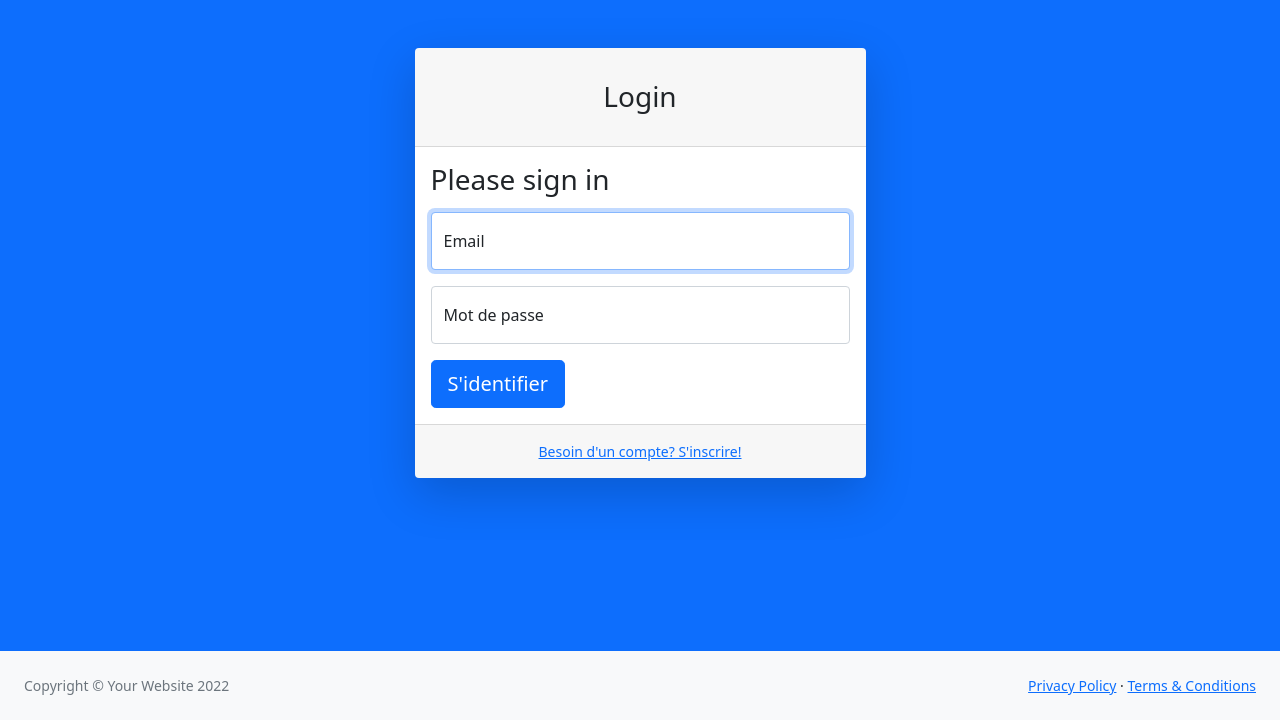
Repository: freddy1212/adulams
Page: templates/login.html.twig
These files come from the project's save history. The page is drawn as it stood at one moment and after the next save; the edit follows.
The browser window is 1280 px wide. The pictures show the whole page.
Some web libraries are served in a nearby version. The page is a Twig template of a Symfony application; nobody is signed in and links lead nowhere. The template is opened directly, without the code that normally fills it, so the values that code supplies are empty.

Above is the page before, as saved 2022-08-29 18:06:31.

### templates/login.html.twig
<!DOCTYPE html>
<html lang="en">
    <head>
        <meta charset="utf-8" />
        <meta http-equiv="X-UA-Compatible" content="IE=edge" />
        <meta name="viewport" content="width=device-width, initial-scale=1, shrink-to-fit=no" />
        <meta name="description" content="" />
        <meta name="author" content="" />
        <title>Login - SB Admin</title>
        <link href="{{asset('assets/css/styles.css')}}" rel="stylesheet" />
        <script src="https://use.fontawesome.com/releases/v6.1.0/js/all.js" crossorigin="anonymous"></script>
    </head>
    <body class="bg-primary">
        <div id="layoutAuthentication">
            <div id="layoutAuthentication_content">
                <main>
                    <div class="container">
                        <div class="row justify-content-center">
                            <div class="col-lg-5">
                                <div class="card shadow-lg border-0 rounded-lg mt-5">
                                    <div class="card-header"><h3 class="text-center font-weight-light my-4">Login</h3></div>
                                    <div class="card-body">
                                        {% block body %}
                                            <form method="post">
                                                {% if error %}
                                                    <div class="alert alert-danger">{{ error.messageKey|trans(error.messageData, 'security') }}</div>
                                                {% endif %}

                                                {% if app.user %}
                                                    <div class="mb-3">
                                                        You are logged in as {{ app.user.userIdentifier }}, <a href="{{ path('app_logout') }}">Logout</a>
                                                    </div>
                                                {% endif %}

                                                <h1 class="h3 mb-3 font-weight-normal">
                                                    {% block pageTitle %}
                                                        Please sign in
                                                    {% endblock %}
                                                </h1>
                                                <div class="form-floating mb-3">
                                                    <label for="inputEmail">Email</label>
                                                    <input type="email" value="{{ last_username }}" name="email" id="inputEmail" class="form-control" autocomplete="email" required autofocus>
                                                </div>
                                                <div class="form-floating mb-3">
                                                    <label for="inputPassword">Mot de passe</label>
                                                    <input type="password" name="password" id="inputPassword" class="form-control" autocomplete="current-password" required>
                                                </div>


                                                <input type="hidden" name="_csrf_token"
                                                       value="{{ csrf_token('authenticate') }}"
                                                >

                                                {#
                                                    Uncomment this section and add a remember_me option below your firewall to activate remember me functionality.
                                                    See https://symfony.com/doc/current/security/remember_me.html

                                                    <div class="checkbox mb-3">
                                                        <label>
                                                            <input type="checkbox" name="_remember_me"> Remember me
                                                        </label>
                                                    </div>
                                                #}

                                                <button class="btn btn-lg btn-primary" type="submit">
                                                    S'identifier
                                                </button>
                                            </form>
                                        {% endblock %}
                                    </div>
                                    <div class="card-footer text-center py-3">
                                        <div class="small"><a href="#">Besoin d'un compte? S'inscrire!</a></div>
                                    </div>
                                </div>
                            </div>
                        </div>
                    </div>
                </main>
            </div>
            <div id="layoutAuthentication_footer">
                <footer class="py-4 bg-light mt-auto">
                    <div class="container-fluid px-4">
                        <div class="d-flex align-items-center justify-content-between small">
                            <div class="text-muted">Copyright &copy; Your Website 2022</div>
                            <div>
                                <a href="#">Privacy Policy</a>
                                &middot;
                                <a href="#">Terms &amp; Conditions</a>
                            </div>
                        </div>
                    </div>
                </footer>
            </div>
        </div>
        <script src="https://cdn.jsdelivr.net/npm/bootstrap@5.1.3/dist/js/bootstrap.bundle.min.js" crossorigin="anonymous"></script>
        <script src="{{asset('assets/js/scripts.js')}}"></script>
    </body>
</html>

### public/assets/js/scripts.js
/*!
    * Start Bootstrap - SB Admin v7.0.5 (https://startbootstrap.com/template/sb-admin)
    * Copyright 2013-2022 Start Bootstrap
    * Licensed under MIT (https://github.com/StartBootstrap/startbootstrap-sb-admin/blob/master/LICENSE)
    */
    //
// Scripts
//

window.addEventListener('DOMContentLoaded', event => {

    // Toggle the side navigation
    const sidebarToggle = document.body.querySelector('#sidebarToggle');
    if (sidebarToggle) {
        // Uncomment Below to persist sidebar toggle between refreshes
        // if (localStorage.getItem('sb|sidebar-toggle') === 'true') {
        //     document.body.classList.toggle('sb-sidenav-toggled');
        // }
        sidebarToggle.addEventListener('click', event => {
            event.preventDefault();
            document.body.classList.toggle('sb-sidenav-toggled');
            localStorage.setItem('sb|sidebar-toggle', document.body.classList.contains('sb-sidenav-toggled'));
        });
    }

});

Loaded but not shown: public/assets/css/styles.css (library)

After the next save:
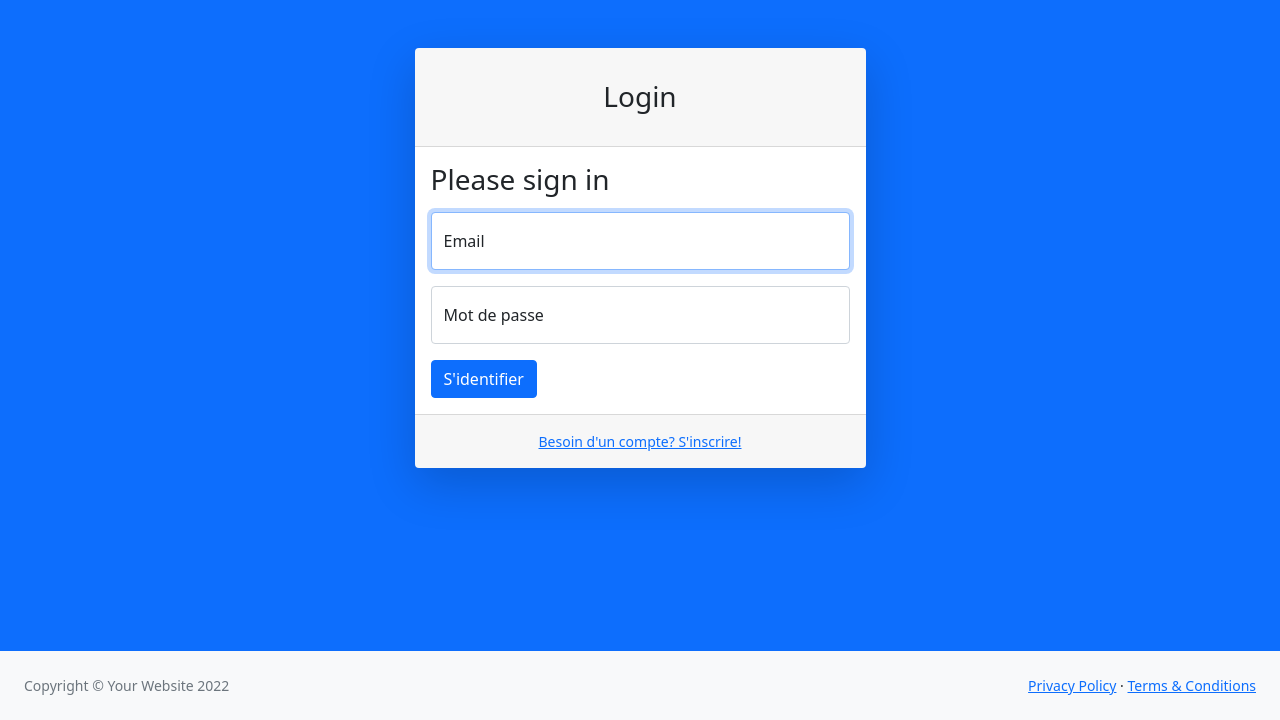
Saved 5 s later.
--- a/templates/login.html.twig
+++ b/templates/login.html.twig
@@ -62,7 +62,7 @@
                                                     </div>
                                                 #}
 
-                                                <button class="btn btn-lg btn-primary" type="submit">
+                                                <button class="btn btn-primary" type="submit">
                                                     S'identifier
                                                 </button>
                                             </form>
